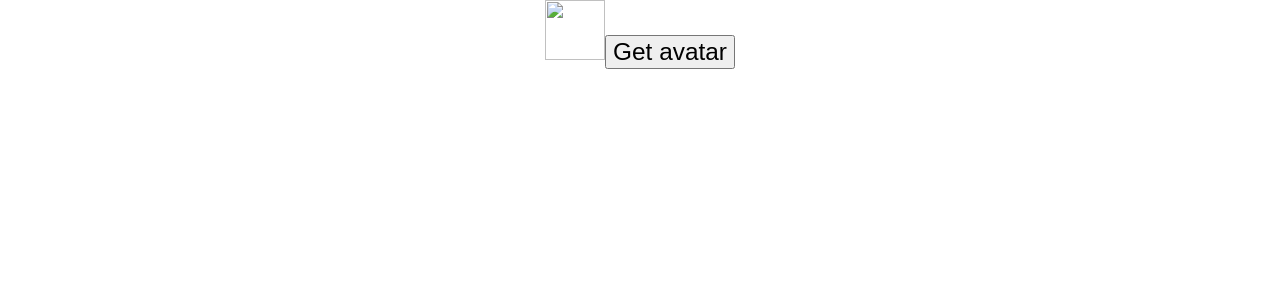
Repository: flawlesscode254/React-Vite-DiceBear-Avatars
Page: /
These files come from the project's save history. The page is drawn as it stood at one moment and after the next save; the edit follows.
The browser window is 1280 px wide. The pictures show the whole page.
The project was rebuilt for these pictures with package versions that can differ from the ones it lists, and the page was loaded fresh each time. Also part of the build but not shown: vite.config.js.

Above is the page before, as saved 2021-12-17 10:51:51.

### src/App.jsx
import { useState, useEffect } from 'react'
import './App.css'

function App() {
  const [profile, setProfile] = useState("")

  const getAvatar = async () => {
    const response = await fetch("https://avatars.dicebear.com/api/male/john.svg?mood[]=happy&mood[]=sad")
    await setProfile(response)
  }

  return (
    <div className="App">
      <img
        src={profile}
        alt=""
        width={60}
        height={60}
      />
      <button onClick={getAvatar}>Get avatar</button>
    </div>
  )
}

export default App

Loaded but not shown: index.html (common file); src/main.jsx (common file); src/index.css (common file); src/App.css (common file)

After the next save:
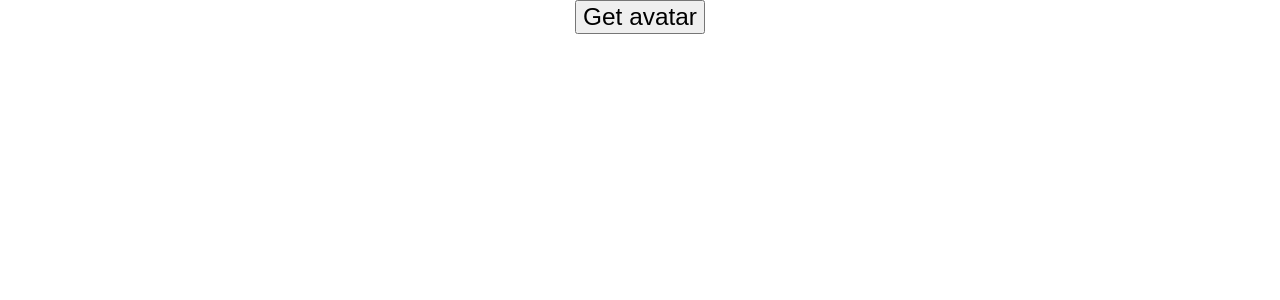
Saved 11 s later.
--- a/src/App.jsx
+++ b/src/App.jsx
@@ -14,8 +14,6 @@
       <img
         src={profile}
         alt=""
-        width={60}
-        height={60}
       />
       <button onClick={getAvatar}>Get avatar</button>
     </div>

After the save that followed:
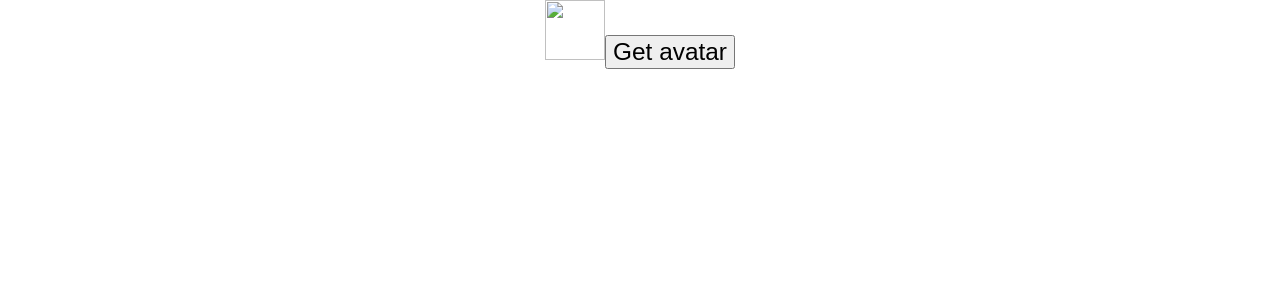
Saved 19 s later.
--- a/src/App.jsx
+++ b/src/App.jsx
@@ -14,6 +14,8 @@
       <img
         src={profile}
         alt=""
+        width={60}
+        height={60}
       />
       <button onClick={getAvatar}>Get avatar</button>
     </div>
